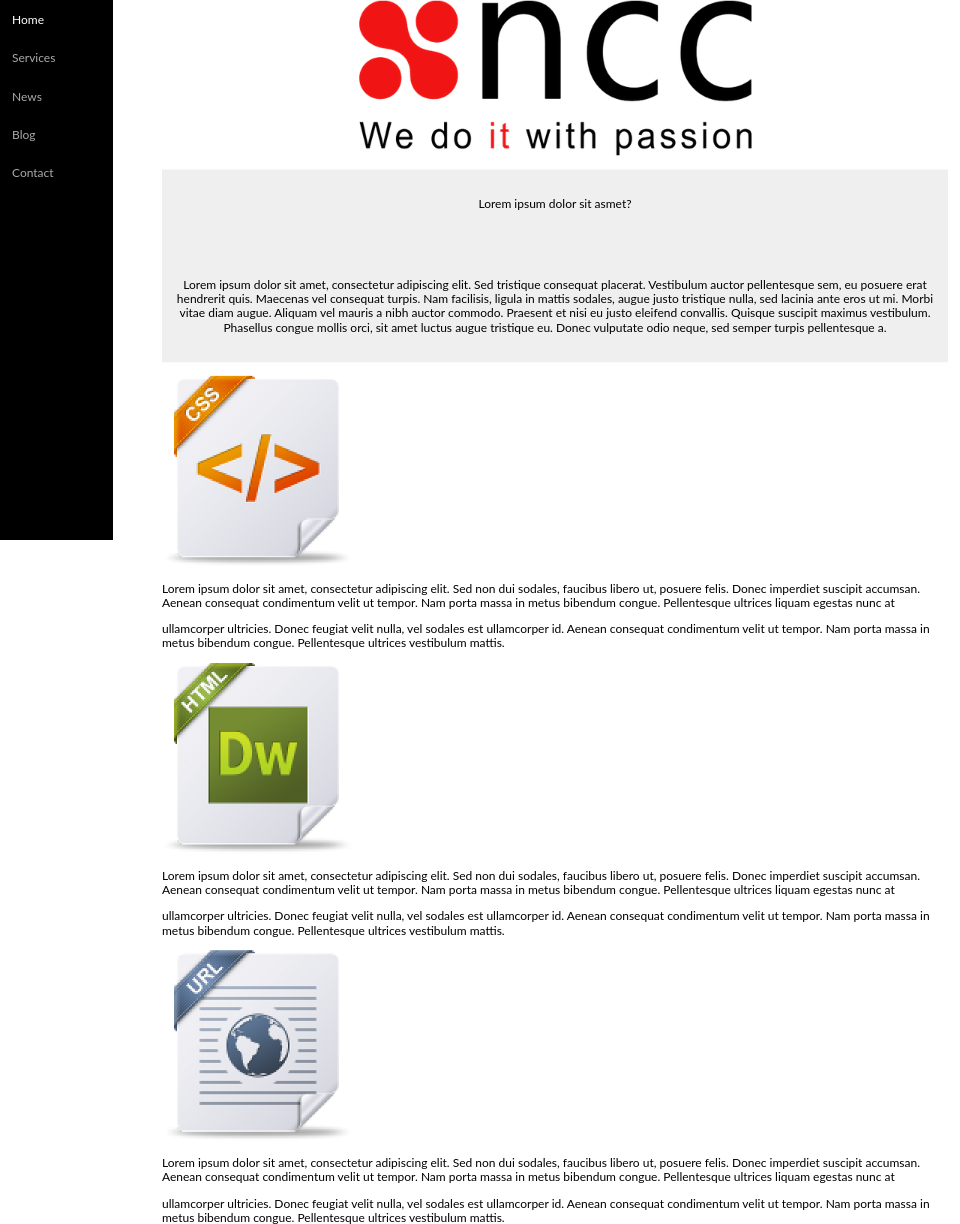
Repository: Chicken2k/testpv
Page: testpv.html
These files come from the project's save history. The page is drawn as it stood at one moment and after a run of saves; the edit follows.
The browser window is 1280 px wide. The pictures show the whole page, at 75% of full size.

Above is the page before, as saved 2022-05-09 17:42:00.

### testpv.html
<!DOCTYPE html>
<html lang="en">

<head>
  <meta charset="UTF-8">
  <meta http-equiv="X-UA-Compatible" content="IE=edge">
  <meta name="viewport" content="width=device-width, initial-scale=1.0">
  <title>Test Pv</title>
  <link rel="stylesheet" href="./testpv.css">
</head>

<body>
  <!-- Page Content -->
  <div class="sidebar">
    <a class="active" href="#home">Home</a>
    <a class="mau_sidebar" href="#news">Services</a>
    <a class="mau_sidebar" href="#news">News</a>
    <a class="mau_sidebar" href="#contact">Blog</a>
    <a class="mau_sidebar" href="#about">Contact</a>
  </div>

  <div class="content">
    <div class="anh1"><img src="./img/279228104_1352489911904387_625900338188127808_n.png" alt="anh1"></div>
    <div class="phan2">
      <p class="p1">Lorem ipsum dolor sit asmet?</p>
      <p class="p2">
        Lorem ipsum dolor sit amet, consectetur adipiscing elit. Sed tristique consequat placerat. Vestibulum auctor
        pellentesque sem, eu posuere erat hendrerit quis. Maecenas vel consequat turpis. Nam facilisis, ligula in mattis
        sodales, augue justo tristique nulla, sed lacinia ante eros ut mi. Morbi vitae diam augue. Aliquam vel mauris a
        nibh auctor commodo. Praesent et nisi eu justo eleifend convallis. Quisque suscipit maximus vestibulum.
        Phasellus congue mollis orci, sit amet luctus augue tristique eu. Donec vulputate odio neque, sed semper turpis
        pellentesque a.
      </p>

    </div>
    <div>
      <div class="item1">
        <img src="./img/279432721_801750327865380_1720542181196649752_n.png" alt="anh2">
        <p>Lorem ipsum dolor sit amet, consectetur adipiscing elit. Sed non dui sodales, faucibus libero ut, posuere
          felis. Donec imperdiet suscipit accumsan. Aenean consequat condimentum velit ut tempor. Nam porta massa in
          metus bibendum congue. Pellentesque ultrices liquam egestas nunc at </p>
        <p>ullamcorper ultricies. Donec feugiat velit nulla, vel sodales est ullamcorper id. Aenean consequat
          condimentum velit ut tempor. Nam porta massa in metus bibendum congue. Pellentesque ultrices vestibulum
          mattis.</p>
      </div>
      <div class="item2">
        <img src="./img/280085061_1138122106748367_1606742270208814597_n.png" alt="anh3">
        <p>Lorem ipsum dolor sit amet, consectetur adipiscing elit. Sed non dui sodales, faucibus libero ut, posuere
          felis. Donec imperdiet suscipit accumsan. Aenean consequat condimentum velit ut tempor. Nam porta massa in
          metus bibendum congue. Pellentesque ultrices liquam egestas nunc at </p>
        <p>ullamcorper ultricies. Donec feugiat velit nulla, vel sodales est ullamcorper id. Aenean consequat
          condimentum velit ut tempor. Nam porta massa in metus bibendum congue. Pellentesque ultrices vestibulum
          mattis.</p>
      </div>
      <div class="item3">
        <img src="./img/279236302_307050408266746_3476048560508210445_n.png" alt="anh4">
        <p>Lorem ipsum dolor sit amet, consectetur adipiscing elit. Sed non dui sodales, faucibus libero ut, posuere
          felis. Donec imperdiet suscipit accumsan. Aenean consequat condimentum velit ut tempor. Nam porta massa in
          metus bibendum congue. Pellentesque ultrices liquam egestas nunc at </p>
        <p>ullamcorper ultricies. Donec feugiat velit nulla, vel sodales est ullamcorper id. Aenean consequat
          condimentum velit ut tempor. Nam porta massa in metus bibendum congue. Pellentesque ultrices vestibulum
          mattis.</p>
      </div>
    </div>
  </div>


</body>

</html>

### testpv.css
body {
  margin: 0;
  font-family: "Lato", sans-serif;
}

.sidebar {
  margin: 0;
  padding: 0;
  width: 150px;
  background-color: black;
  position: fixed;
  height: 100%;
  overflow: auto;

}

.sidebar a {
  display: block;
  color: #AAAAAA;
  padding: 16px;
  text-decoration: none;
}

.sidebar a.active {

  color: white;
}

.sidebar a:hover:not(.active) {
  background-color: #555;
  color: white;
}

div.content {
  margin-left: 200px;
  padding: 1px 16px;
  height: 1000px;
}
.anh1{
  text-align: center;


}
.phan2{
  background-color:#EFEFEF ;
  text-align: center;

}
.p1{
  padding: 35px 10px;
  font
}
.p2{
  padding:   38px 10px;
}

@media screen and (max-width: 700px) {
  .sidebar {
    width: 100%;
    height: auto;
    position: relative;
  }
  .sidebar a {float: left;}
  div.content {margin-left: 0;}
}

@media screen and (max-width: 400px) {
  .sidebar a {
    text-align: center;
    float: none;
  }
}

After the next 2 saves:
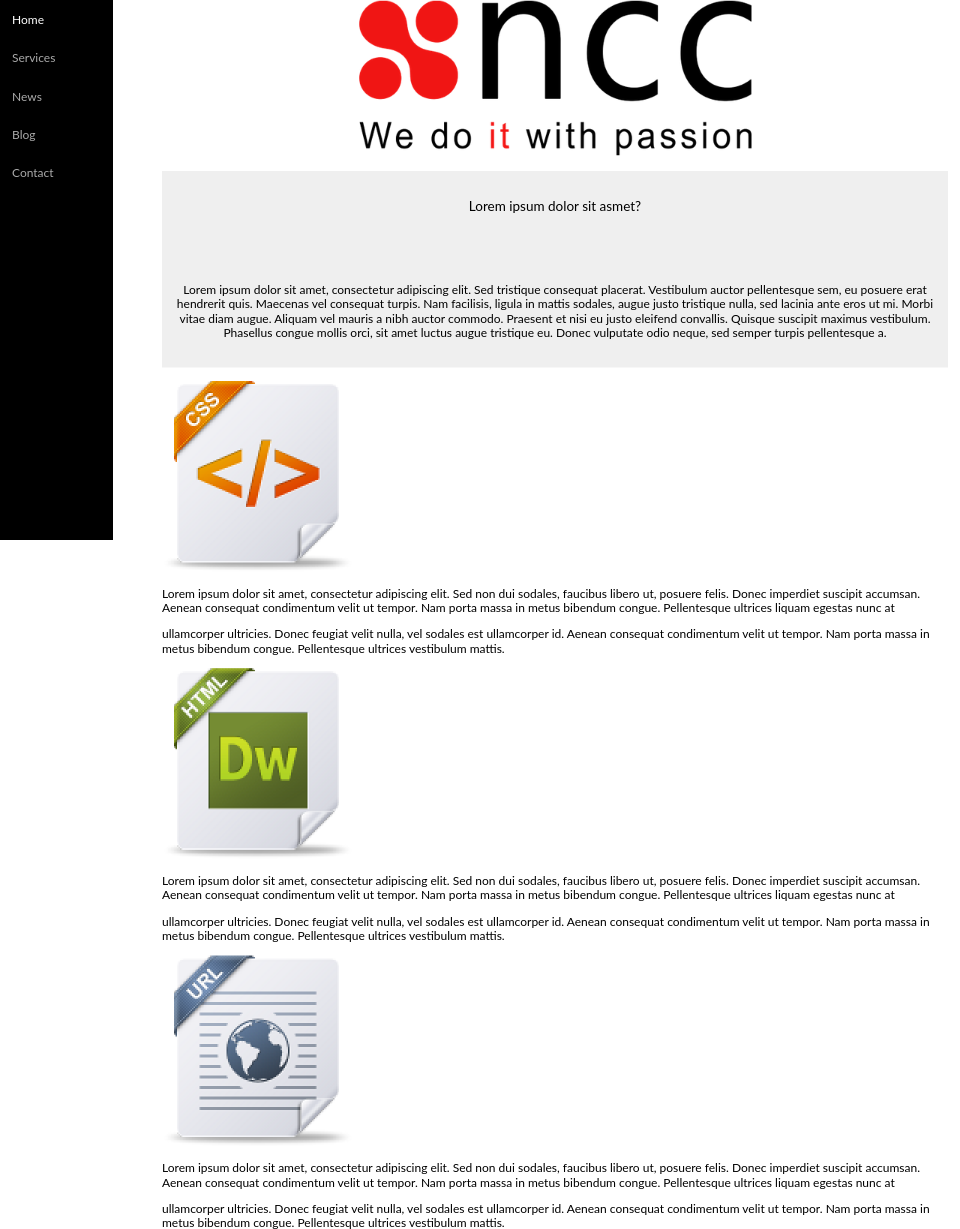
The 2 saves are shown as one change because they came seconds apart.
The last was saved 6 s later.
--- a/testpv.css
+++ b/testpv.css
@@ -48,7 +48,8 @@
 }
 .p1{
   padding: 35px 10px;
-  font
+  font-size: 18px;
+  w
 }
 .p2{
   padding:   38px 10px;
